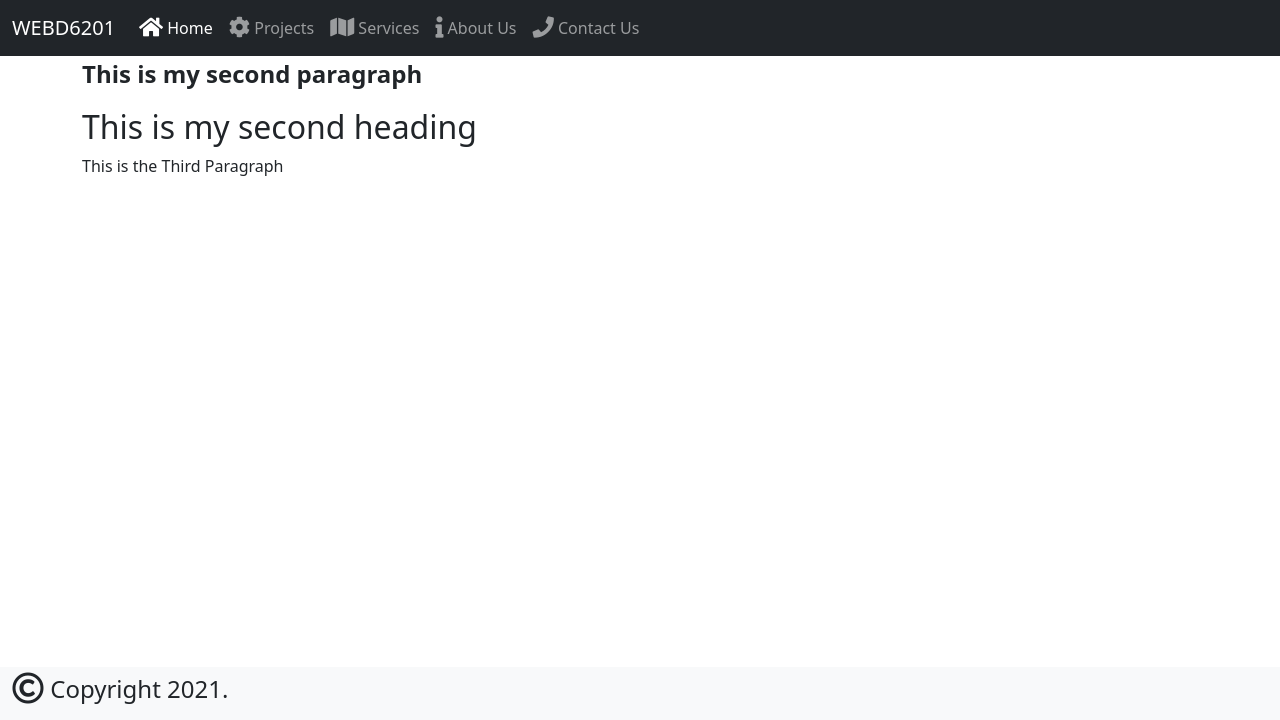
Repository: Sub4Sub/Lab_1
Page: index.html
The author's editor kept a copy of each file at every save. The page is drawn from the files as they stood at one save, then again after the next save.
The browser window is 1280 px wide. The pictures show the whole page.

Above is the page before, as saved 2021-02-03 18:24:27.

After the next save:
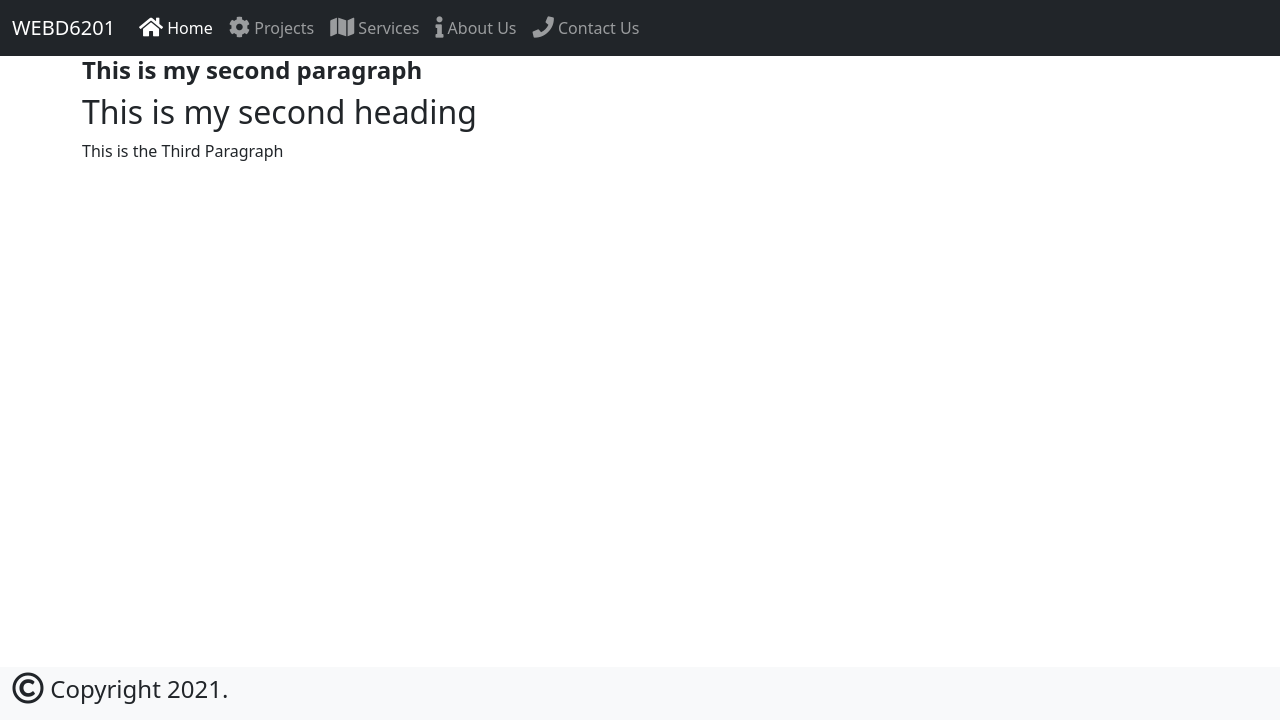
Saved 15 s later.
--- a/Scripts/app.js
+++ b/Scripts/app.js
@@ -17,7 +17,7 @@
         paragraphOneElement.className = "fs-5";
 */
         // STEP 1 - Create a new Element
-        let paragraphTwo = document.createElement("p");
+        let paragraphTwo = document.createElement("h2");
         // STEP 2 - configure the new Element
         paragraphTwo.setAttribute("id", "paragraphTwo");
         paragraphTwo.textContent = "This is my second paragraph";

After the save that followed:
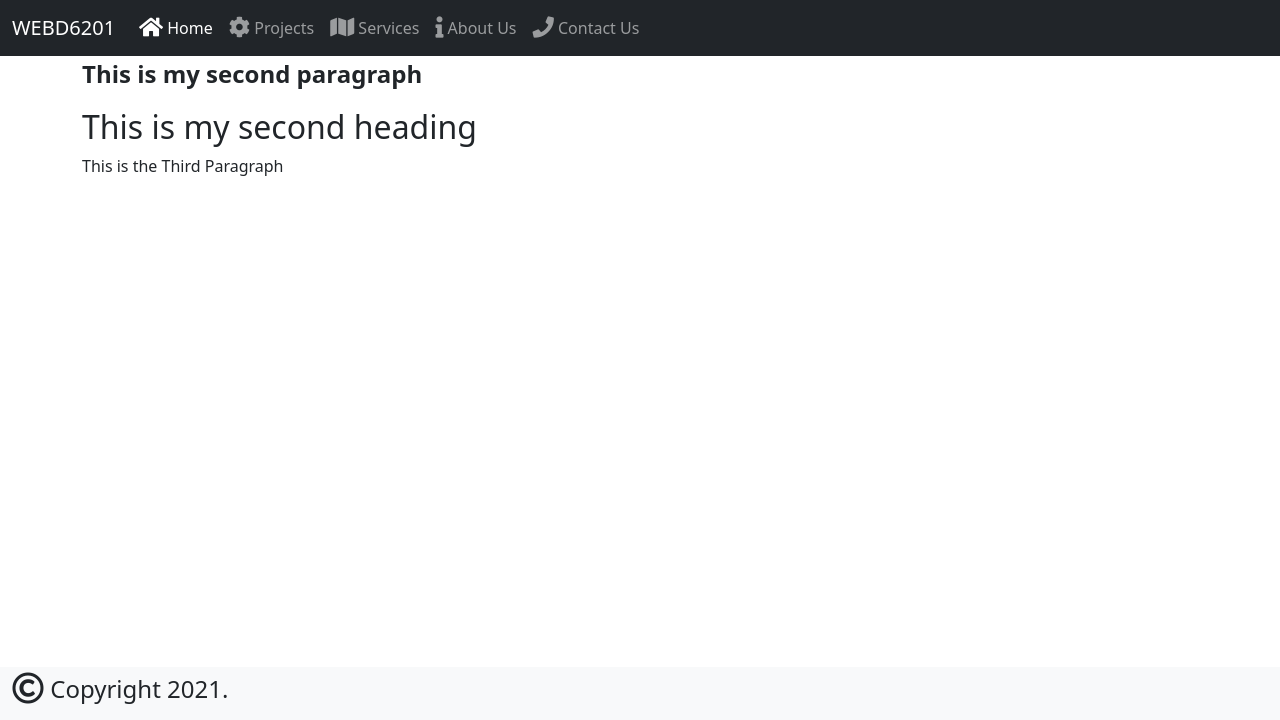
Saved 4 s later.
--- a/Scripts/app.js
+++ b/Scripts/app.js
@@ -17,7 +17,7 @@
         paragraphOneElement.className = "fs-5";
 */
         // STEP 1 - Create a new Element
-        let paragraphTwo = document.createElement("h2");
+        let paragraphTwo = document.createElement("p");
         // STEP 2 - configure the new Element
         paragraphTwo.setAttribute("id", "paragraphTwo");
         paragraphTwo.textContent = "This is my second paragraph";
